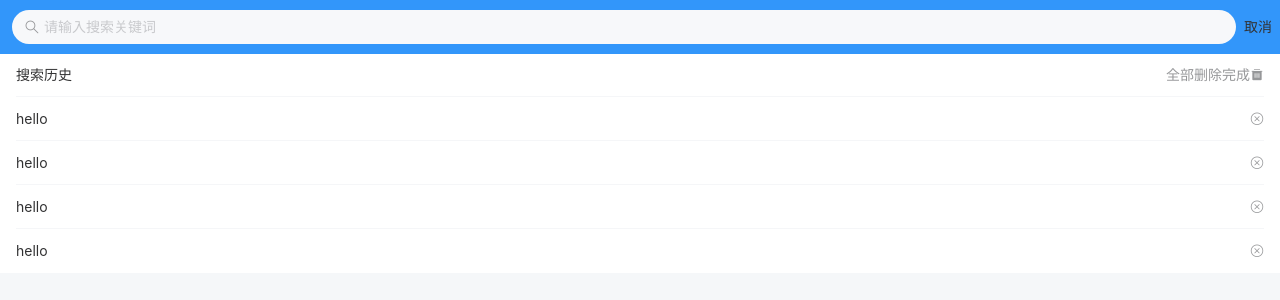
Repository: Tsukiau/toutiao-m
Page: /#/search
These files come from the project's save history. The page is drawn as it stood at one moment and after a run of saves; the edit follows.
The browser window is 1280 px wide. The pictures show the whole page.
The project was rebuilt for these pictures with package versions that can differ from the ones it lists, and the page was loaded fresh each time. Also part of the build but not shown: vue.config.js, src/utils/request.js, src/api/search.js, src/views/search/components/search-suggestion.vue, src/views/search/components/search-result.vue. Imported but missing from the stored project, and not drawn on this page: src/views/home/components/channel-edit.vue.

Above is the page before, as saved 2022-10-21 15:30:06.

### src/main.js
import Vue from 'vue'
import App from './App.vue'
import router from './router'
import store from './store'
import '@/styles/index.less'

import 'amfe-flexible'

import Vant from 'vant'
import 'vant/lib/index.css'

//import '@/utils/dayjs'
Vue.use(Vant)



Vue.config.productionTip = false

new Vue({
  router,
  store,
  render: h => h(App)
}).$mount('#app')

### src/router/index.js
import Vue from 'vue'
import VueRouter from 'vue-router'

Vue.use(VueRouter)

const routes = [
  {
     path: '/login',
     component: ()=> import('@/views/login')
  },
  {
     path:'/',
     component: ()=> import('@/views/layout'),
     children: [
      {
        path: '', // 默认子路由
        name: 'home',
        component: () => import('@/views/home')
      },
      {
        path: 'qa',
        name: 'qa',
        component: () => import('@/views/qa')
      },
      {
        path: 'video',
        name: 'video',
        component: () => import('@/views/video')
      },
      {
        path: 'my',
        name: 'my',
        component: () => import('@/views/my')
      }
    ]
  },
  {
    path: '/search',
    component: ()=> import('@/views/search')
 },

]

const router = new VueRouter({
  routes
})

export default router

### src/store/index.js
import Vue from 'vue'
import Vuex from 'vuex'

Vue.use(Vuex)

export default new Vuex.Store({
  state: {
        user: JSON.parse(localStorage.getItem('ttUser'))
  },
  getters: {
  },
  mutations: {
       setUser(state,user){
        state.user = user
           localStorage.setItem('ttUser',JSON.stringify(user))
       }
  },
  actions: {
  },
  modules: {
  }
})

### src/styles/index.less
// 加载图标样式图标
@import './icon.less';
body {
  background-color: #f5f7f9;
}

.page-nav-bar {
  background-color: #3296fa;

  /deep/ .van-nav-bar__title {
    color: #fff;

  }
}

### src/views/search/index.vue
<template>
  <div class="search-container">
    <!-- 搜索栏》事件监听 -->
    <form action="/" class="van-search">
      <van-search
        v-model="searchText"
        show-action
        placeholder="请输入搜索关键词"
        @search="onSearch"
        @cancel="onCancel"
        shape="round"
        background="#3296fa"

      />
    </form>


     <!-- 搜索结果 -->
    <SearchResult  v-if="isResultShow"
    :searchText="searchText"
    />


    <!-- 联想建议 -->
    <search-suggestion
    @search="onSearch"
    :searchText="searchText"
    v-else-if="searchText"/>


    <!-- 历史记录 -->
    <SearchHistory v-else />



  </div>
</template>

<script>
import SearchHistory from './components/search-history.vue';
import SearchSuggestion from './components/search-suggestion.vue';
import SearchResult from './components/search-result.vue';
export default {
    name: "search-container",
    data() {
        return {
            searchText: '',
            isResultShow: false // 展示搜索结果
        };
    },
    created() {
    },
    methods: {
      //回车 显示结果
        onSearch(val) {
            this.$toast(val);
            this.isResultShow = true
        },
        onCancel() {
            this.$toast("取消");
        }
    },
    components: { SearchHistory, SearchSuggestion, SearchResult }
}
</script>

<style scoped lang='less'>
.search-container{
  padding-top: 53px;

}
.van-search__action {
  background-color: #3296fa;
}
.van-search{
   position: fixed;
   top: 0;
  left: 0;
  right: 0;
  z-index: 10;
}
</style>

### src/styles/icon.less
@font-face {
  font-family: "iconfont"; /* Project id 3671134 */
  src: url('//at.alicdn.com/t/c/font_3671134_2emfzv8sq1v.woff2?t=1664107686856') format('woff2'),
       url('//at.alicdn.com/t/c/font_3671134_2emfzv8sq1v.woff?t=1664107686856') format('woff'),
       url('//at.alicdn.com/t/c/font_3671134_2emfzv8sq1v.ttf?t=1664107686856') format('truetype');
}

.iconfont {
  font-family: "iconfont" !important;
  font-size: 16px;
  font-style: normal;
  -webkit-font-smoothing: antialiased;
  -moz-osx-font-smoothing: grayscale;
}

.icon-fenxiang:before {
  content: "\e60a";
}

.icon-zuopin:before {
  content: "\e60b";
}

.icon-pinglun1:before {
  content: "\e60c";
}

.icon-guanbi:before {
  content: "\e60d";
}

.icon-gengduo:before {
  content: "\e60e";
}

.icon-shanchu:before {
  content: "\e60f";
}

.icon-shouye1:before {
  content: "\e610";
}

.icon-shoucang:before {
  content: "\e611";
}

.icon-shouji1:before {
  content: "\e612";
}

.icon-zuojiantou:before {
  content: "\e613";
}

.icon-sousuo:before {
  content: "\e614";
}

.icon-dianzan:before {
  content: "\e615";
}

.icon-wenda:before {
  content: "\e616";
}

.icon-wuwangluo1:before {
  content: "\e617";
}

.icon-fenxiang1:before {
  content: "\e618";
}

.icon-dianzan2:before {
  content: "\e619";
}

.icon-shipin:before {
  content: "\e61a";
}

.icon-yanzhengma:before {
  content: "\e61b";
}

.icon-lishi1:before {
  content: "\e61c";
}

.icon-wode:before {
  content: "\e61d";
}

.icon-youjiantou:before {
  content: "\e61e";
}

.icon-zuopin1:before {
  content: "\e61f";
}

.icon-yuedu:before {
  content: "\e620";
}

.icon-pinglun:before {
  content: "\e601";
}

.icon-lishi:before {
  content: "\e602";
}

.icon-shouye:before {
  content: "\e603";
}

.icon-shouji:before {
  content: "\e604";
}

.icon-wuwangluo:before {
  content: "\e605";
}

### src/views/search/components/search-history.vue
<template>
  <!-- 历史记录 -->
  <div class="search-history">
    <van-cell title="搜索历史">
      <span>全部删除</span>
      <span>完成</span>
      <van-icon name="delete" />
    </van-cell>
    <van-cell title="hello">
      <van-icon name="close" />
    </van-cell>
    <van-cell title="hello">
      <van-icon name="close" />
    </van-cell>
    <van-cell title="hello">
      <van-icon name="close" />
    </van-cell>
    <van-cell title="hello">
      <van-icon name="close" />
    </van-cell>
  </div>
</template>

<script>
export default {
  name: 'SearchHistory',
  props: {

  },
  data () {
    return {
       list: []
    }
  },
  computed: {},
  watch: {},
  created () {},
  mounted () {},
  methods: {}
}
</script>

<style scoped lang="less"></style>

Loaded but not shown: public/index.html (common file); src/App.vue (common file)

After the next 2 saves:
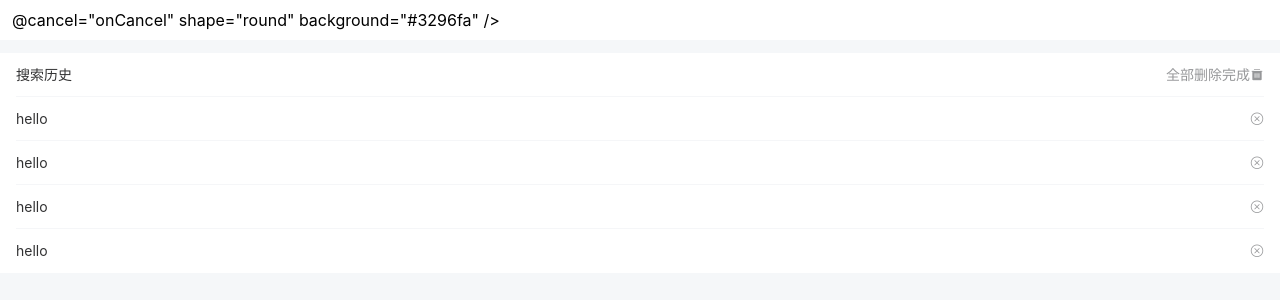
The 2 saves are shown as one change because they came seconds apart.
The last was saved 6 min 1 s later.
--- a/src/views/search/index.vue
+++ b/src/views/search/index.vue
@@ -6,7 +6,7 @@
         v-model="searchText"
         show-action
         placeholder="请输入搜索关键词"
-        @search="onSearch"
+        @search="onSearch" <!--  --></van-search>
         @cancel="onCancel"
         shape="round"
         background="#3296fa"

After the 2 saves that followed:
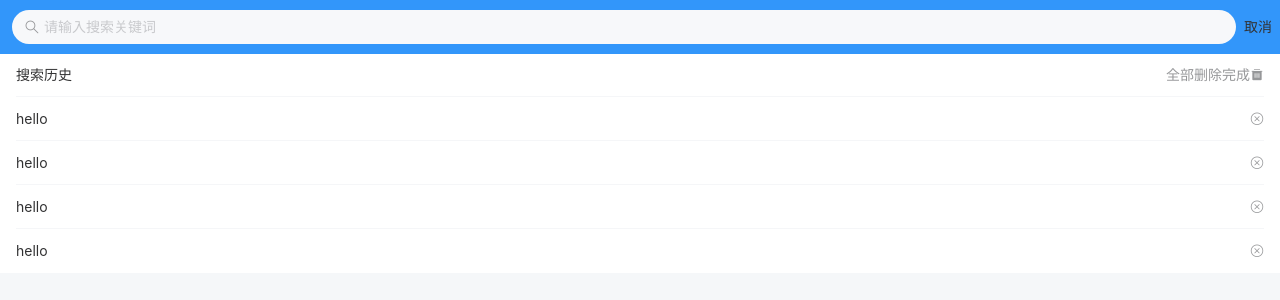
The 2 saves are shown as one change because they came seconds apart.
The last was saved 7 s later.
--- a/src/views/search/index.vue
+++ b/src/views/search/index.vue
@@ -6,7 +6,7 @@
         v-model="searchText"
         show-action
         placeholder="请输入搜索关键词"
-        @search="onSearch" <!--  --></van-search>
+        @search="onSearch"
         @cancel="onCancel"
         shape="round"
         background="#3296fa"
